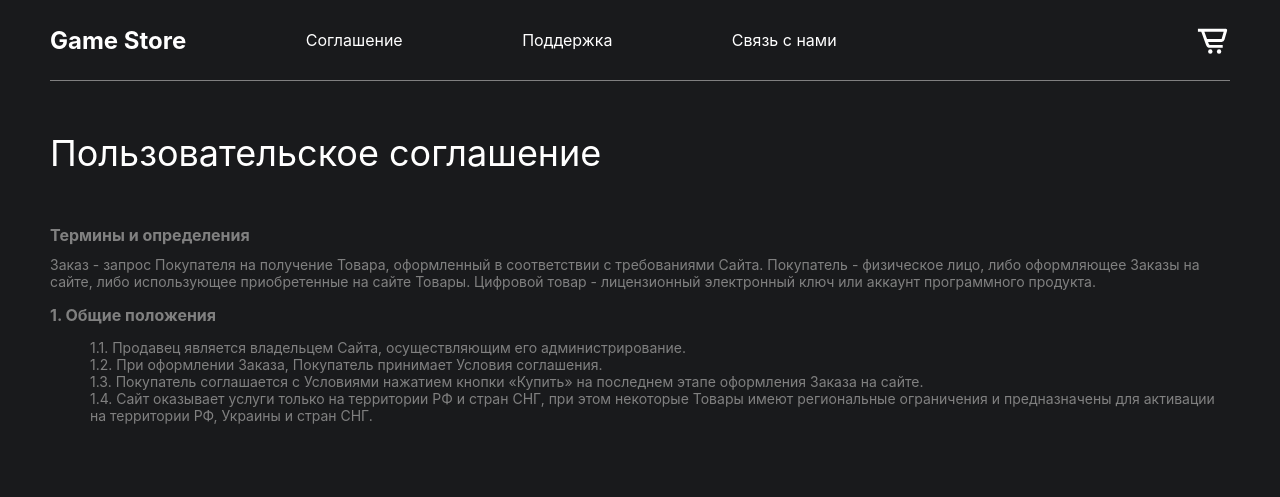
Repository: Minkeani/GameStore
Page: /agreement
An editor plug-in stored every save of this project. The page is shown before and after the next save, followed by the edit.
The browser window is 1280 px wide. The pictures show the whole page.
The project was rebuilt for these pictures with package versions that can differ from the ones it lists, and the page was loaded fresh each time. Also part of the build but not shown: src/components/ItemsInCart/ItemsInCart.css, src/components/ItemsInCart/ItemsInCart.jsx, src/components/CartMenu/CartMenu.css, src/components/Btn/Btn.css, src/components/Btn/Btn.jsx, src/components/CartItem/CartItem.css, src/components/CartItem/CartItem.jsx, src/components/utils/utils.js and 17 more.

Above is the page before, as saved 2022-09-11 10:41:30.

### src/index.js
import React from 'react';
import ReactDOM from 'react-dom/client';
import './index.css';
import App from './App';
import reportWebVitals from './reportWebVitals';

const root = ReactDOM.createRoot(document.getElementById('root'));
root.render(
    <App />
);

### src/index.css
body {
  margin: 0;
  font-family: -apple-system, BlinkMacSystemFont, 'Segoe UI', 'Roboto', 'Oxygen',
    'Ubuntu', 'Cantarell', 'Fira Sans', 'Droid Sans', 'Helvetica Neue',
    sans-serif;
  -webkit-font-smoothing: antialiased;
  -moz-osx-font-smoothing: grayscale;
    background-color: rgb(25, 26, 28);
}

code {
  font-family: source-code-pro, Menlo, Monaco, Consolas, 'Courier New',
    monospace;
}

.App {
  max-width: 1180px;;
  margin: 0 auto;
  padding: 0 40px;
  color: white;
}

a {
  color: white;
  text-decoration: none;
}

.secondary-text {
  color: rgb(80, 82, 84);
}

### src/App.js
import { BrowserRouter, Routes, Route } from "react-router-dom";
import Header from "./components/Header/Header";
import { Provider } from "react-redux";
import GamePage from "./components/GamePage/GamePage";
import OrderPage from "./components/OrderPage/OrderPage";
import HomePage from "./pages/HomePage/HomePage";
import {store} from './redux'
import Agreement from "./components/Agreement/Agreement";


function App() {
  return (
    <Provider store={store}>
    <BrowserRouter>
      <div className="App">
        <Header />
        <Routes>
          <Route path="/" element={<HomePage />} />
          <Route path="/app/:title" element={<GamePage />} />
          <Route path="/order" element={<OrderPage />} />
          <Route path="/agreement" element={<Agreement />} />
        </Routes>
      </div>
    </BrowserRouter>
    </Provider>
  );
}

export default App;

### src/components/Header/Header.js
import React from 'react'
import { Link } from 'react-router-dom'
import CartBlock from '../CartBlock/CartBlock'
import './Header.css'

export default function Header() {
  return (
    <div className="header">
      <div className="wrapper">
            <Link to='/' className='header__store-title'>Game Store</Link>
            <Link to='/Agreement'>Соглашение</Link>
            <Link to='/'>Поддержка</Link>
            <a to='/'>Связь с нами</a>

      </div>
      <div className="wrapper header__cart-btn-wrapper">
        <CartBlock/>
      </div>
    </div>
  )
}

### src/redux/index.js
import { configureStore } from '@reduxjs/toolkit';
import gamesReducer from './games/gamesReducer';
import reducerCart from './cart/reducerCart';

export const store = configureStore({
    reducer: {
        games: gamesReducer,
        cart: reducerCart
    }
  })

### src/components/Agreement/Agreement.jsx
import React from "react";
import Title from "../Ui/Title/Title";
import BigTitle from "../Ui/BigTitle/BigTitle";
import P from "../Ui/P/P";
import "./Agreement.css";

const Agreement = () => {
  return (
    <div>
      <BigTitle>Пользовательское соглашение</BigTitle>
      <Title>Термины и определения</Title>
      <P>
        Заказ - запрос Покупателя на получение Товара, оформленный в
        соответствии с требованиями Сайта. Покупатель - физическое лицо, либо
        оформляющее Заказы на сайте, либо использующее приобретенные на сайте
        Товары. Цифровой товар - лицензионный электронный ключ или аккаунт
        программного продукта.
      </P>
      <Title>1. Общие положения</Title>
      <P>
        <ul className="list">
          <li>
            1.1. Продавец является владельцем Сайта, осуществляющим его
            администрирование.
          </li>
          <li>
            1.2. При оформлении Заказа, Покупатель принимает Условия соглашения.
          </li>
          <li>
            1.3. Покупатель соглашается с Условиями нажатием кнопки «Купить» на
            последнем этапе оформления Заказа на сайте.
          </li>
          <li>
            1.4. Сайт оказывает услуги только на территории РФ и стран СНГ, при
            этом некоторые Товары имеют региональные ограничения и предназначены
            для активации на территории РФ, Украины и стран СНГ.
          </li>
        </ul>
      </P>
    </div>
  );
};

export default Agreement;

### src/components/CartBlock/CartBlock.jsx
import React, { useState, useCallback } from "react";
import "./CartBlock.css";
import { useSelector } from "react-redux";
import { BiCartAlt } from "react-icons/bi";
import ItemsInCart from "../ItemsInCart/ItemsInCart";
import CartMenu from "../CartMenu/CartMenu";
import { useNavigate } from "react-router-dom";

export default function CartBlock() {
  const items = useSelector((state) => state.cart.itemsInCart);
  const totalPrice = items.reduce((acc, game) => (acc += game.price), 0);
  const [isCartMenuVisible, setCartMenuVisible] = useState(false)

  const navigate = useNavigate()

  const handleClick = useCallback(() => {
    setCartMenuVisible(false)
    navigate('/order')
  }, [navigate])

  return (
    <div className="cart-block">
      <ItemsInCart quantity={items.length}/>
      <BiCartAlt size={35} className="cart-icon" onClick={() => setCartMenuVisible(!isCartMenuVisible)} />
      {totalPrice > 0 ? (
        <span className="total-price">{totalPrice} руб</span>
      ) : null}

     {isCartMenuVisible ? <CartMenu items={items} onClick={handleClick} /> : ''}
    </div>
  );
}

### src/components/Header/Header.css
.header {
    height: 80px;
    display: flex;
    align-items: center;
    justify-content: space-between;
    margin-bottom: 30px;
    border-bottom: 1px solid gray
}

.wrapper {
    display: flex;
    flex-grow: 1;
    align-items: center;
    justify-content: space-between;

}

.wrapper a{

}

.header__store-title {
    color: white;
    text-decoration: none;
    font-size: 24px;
    font-weight: bold;
}

.header__cart-btn-wrapper {
    justify-content: flex-end;
}

### src/redux/games/gamesReducer.js
import { createSlice } from '@reduxjs/toolkit'

const gamesSlice = createSlice({
  name: 'games',
  initialState: {
    currentGame: null
  },
  reducers: {
    setCurrentGame: (state, action) => {
      state.currentGame = action.payload
    },
  }
});

export const { setCurrentGame } = gamesSlice.actions;
export default gamesSlice.reducer;

### src/redux/cart/reducerCart.js
import { createSlice } from "@reduxjs/toolkit";

const cartSlice = createSlice({
    name: 'cart',
    initialState: {
        itemsInCart: []
    },
    reducers: {
        setItemInCart: (state, action) => {
            state.itemsInCart.push(action.payload)
    },
        deleteItemFromCart: (state, action) => {
        state.itemsInCart = state.itemsInCart.filter(game => game.id !== action.payload)
    }
}
});

export const {setItemInCart, deleteItemFromCart} = cartSlice.actions;
export default cartSlice.reducer;

### src/components/Ui/Title/Title.jsx
import React from 'react';
import './Title.css'

const Title = ({children}) => {
    return (
        <div className='Title'>
            {children}
        </div>
    );
}

export default Title;

### src/components/Ui/BigTitle/BigTitle.jsx
import React from 'react';
import './BigTitle.css'

const BigTitle = ({children}) => {
    return (
        <h2 className='BigTitle'>
            {children}
        </h2>
    );
}

export default BigTitle;

### src/components/Ui/P/P.jsx
import React from 'react';
import './P.css'

const P = ({children}) => {
    return (
        <div className='paragraph'>
            {children}
        </div>
    );
}

export default P;

### src/components/Agreement/Agreement.css
.list li{
    list-style-type: none
}

### src/components/CartBlock/CartBlock.css
.cart-block {
    display: flex;
    align-items: center;
    position: relative;
}

.total-price {
    margin-left: 15px;
    font-size: 18px;
    font-weight: bold;
}

.cart-icon {
    cursor: pointer;
    position: relative;
}

### src/components/Ui/Title/Title.css
.Title {
    color: gray;
    font-weight: 700;
    line-height: 1.3;
    margin: 15px 0 10px;
}

### src/components/Ui/BigTitle/BigTitle.css
.BigTitle {
    font-size: 36px;
    font-weight: 400;
    color: #fff;
    padding: 20px 0;
}

### src/components/Ui/P/P.css
.paragraph {
    margin-bottom: 10px;
    color: gray;
    font-size: 14px;
    font-weight: 400;
    font-style: normal;
}

Loaded but not shown: public/index.html (common file); src/reportWebVitals.js (common file)

After the next save:
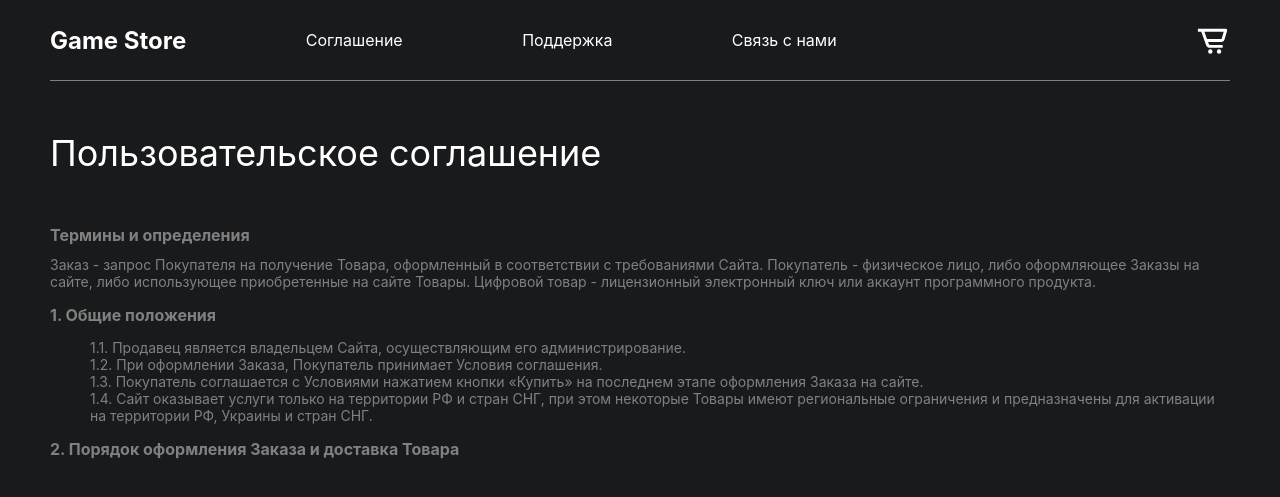
Saved 26 s later.
--- a/src/components/Agreement/Agreement.jsx
+++ b/src/components/Agreement/Agreement.jsx
@@ -37,6 +37,7 @@ const Agreement = () => {
           </li>
         </ul>
       </P>
+      <Title>2. Порядок оформления Заказа и доставка Товара</Title>
     </div>
   );
 };
